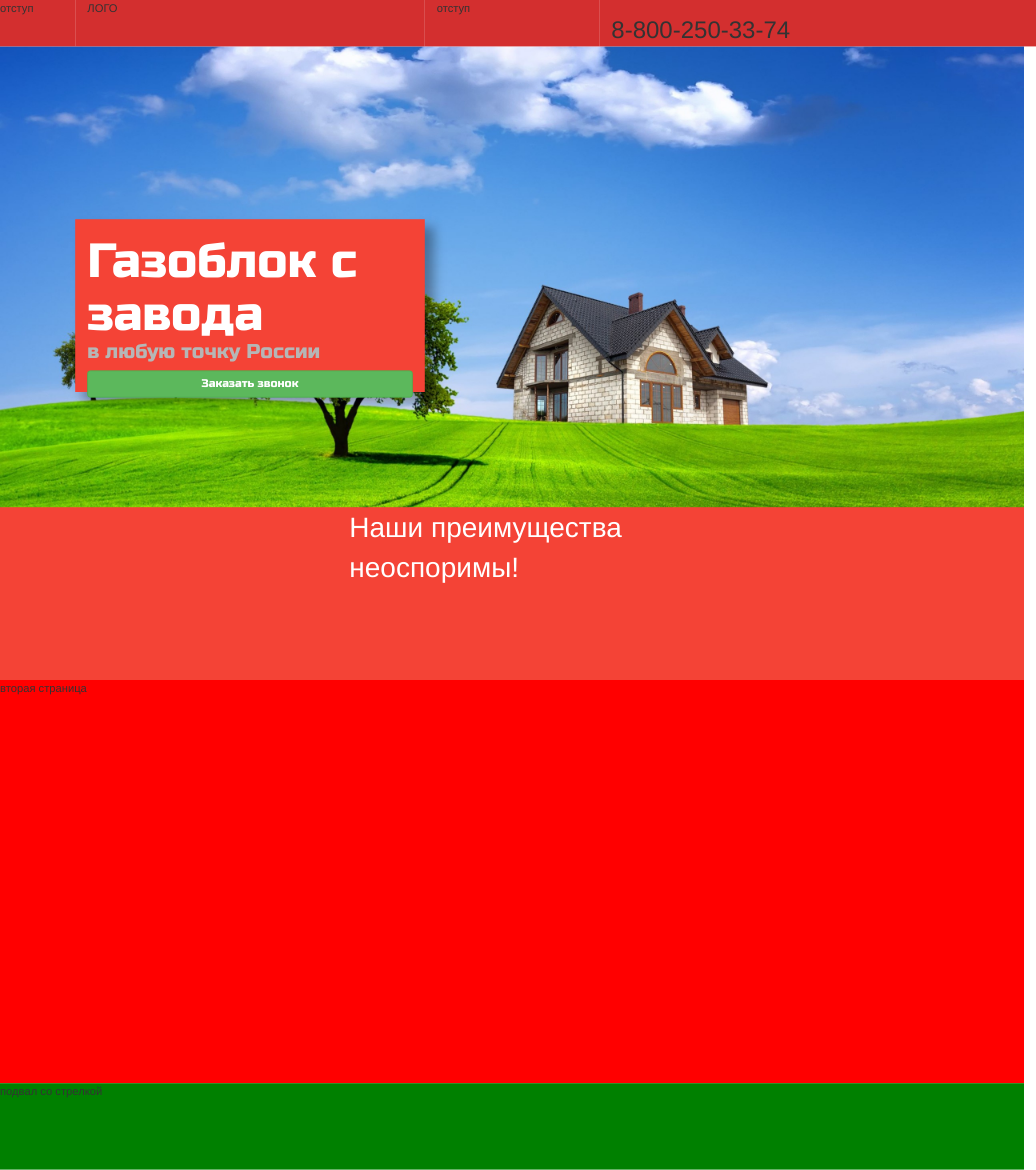
Repository: greenwtch/block
Page: index.html
The author's editor kept a record of every edit. The page is drawn from the files as they stood at one moment, then again after the next edit.
The browser window is 1280 px wide. The page is 1295 px wide, so the pictures cover 1295 px, including what lies to the right of the window. The pictures show the whole page, at 80% of full size.
Some web libraries are served in a nearby version.

Above is the page before.

### index.html
<!DOCTYPE html>
<html lang="en">
  <head>
    <meta charset="utf-8">
    <link href='https://fonts.googleapis.com/css?family=Russo+One&subset=latin,cyrillic' rel='stylesheet' type='text/css'>
    <meta http-equiv="X-UA-Compatible" content="IE=edge">
    <meta name="viewport" content="width=device-width, initial-scale=1">
    <title>Bootstrap 101 Template</title>

    <!-- Bootstrap -->
    <link href="css/bootstrap.css" rel="stylesheet">
    <link href="css/style.css" rel="stylesheet">

    <!-- HTML5 Shim and Respond.js IE8 support of HTML5 elements and media queries -->
    <!-- WARNING: Respond.js doesn't work if you view the page via file:// -->
    <!--[if lt IE 9]>
      <script src="https://oss.maxcdn.com/libs/html5shiv/3.7.0/html5shiv.js"></script>
      <script src="https://oss.maxcdn.com/libs/respond.js/1.4.2/respond.min.js"></script>
    <![endif]-->
  </head>
  <body>



    <div class="container-fluiid">
        <div class="row " >
            <div class="col-lg-1 header">
                   отступ
            </div>
             <div class="col-lg-4 header">
                   ЛОГО
            </div>
            <div class="col-lg-2 header">
                   отступ
            </div>
            <div class="col-lg-5  header">
                <h2>8-800-250-33-74</h2>
            </div>
        </div>

    </div>

    <div class="container-fluiid body1">
        <div class="row">
            <div class="col-lg-4 col-lg-offset-1 container1" >
                <h1 class="mainH1">Газоблок с завода <br>
                    <p id="underH1">в любую точку России</p>
                </h1>
                <button class="btn btn-success btn-large btn-block zvonok">Заказать звонок</button>
             </div>

        </div>
    </div>

    <div class="container-fluiid body1footer">
        <div class="row">
                <div class="col-lg-4 col-lg-offset-4">
                   <p id="footerText">Наши преимущества неоспоримы!</p>
                </div>
        </div>
    </div>

    <div class="container-fluiid body2">
        <div class="row">
                <div class="col-lg-12">
                    вторая страница
                </div>
        </div>
    </div>
    <div class="container-fluiid body2footer">
        <div class="row">
                <div class="col-lg-12">
                    подвал со стрелкой
                </div>
        </div>
    </div>



    <!-- jQuery (necessary for Bootstrap's JavaScript plugins) -->
    <script src="https://ajax.googleapis.com/ajax/libs/jquery/1.11.0/jquery.min.js"></script>
    <!-- Include all compiled plugins (below), or include individual files as needed -->
    <script src="js/bootstrap.js"></script>
  </body>
</html>

### css/style.css

.header {

    height: 8vh;
    background-color: #D32F2F;

}
.body1{
    height: 90vh;
    background-image: url("house.jpg");
    background-size: cover;
    background-position: center center;

}
.body1footer{
    background-color: #F44336;
    height: 30vh;
    margin-top:-10vh;
}
#footerText{
    color: #fff;
    font-size: 35px;
}
.container1{
    font-family: 'Russo One', sans-serif;
    margin-top: 30vh;
    height: 30vh;
    background-color: #F44336;

    -webkit-box-shadow: 11px 11px 13px 1px rgba(0,0,0,0.34);
    -moz-box-shadow: 11px 11px 13px 1px rgba(0,0,0,0.34);
    box-shadow: 11px 11px 13px 1px rgba(0,0,0,0.34);
}
.body2{
    background-color: red;
    height: 70vh;
}
.body2footer{
    background-color: green;
    height: 15vh;
}


.mainH1{
    color: #fff;
    font-size: 60px;

}
#underH1{
   font-size: 25px;
   color: #B6B6B6;
}

Loaded but not shown: css/bootstrap.css (library); js/bootstrap.js (library)

After the next edit:
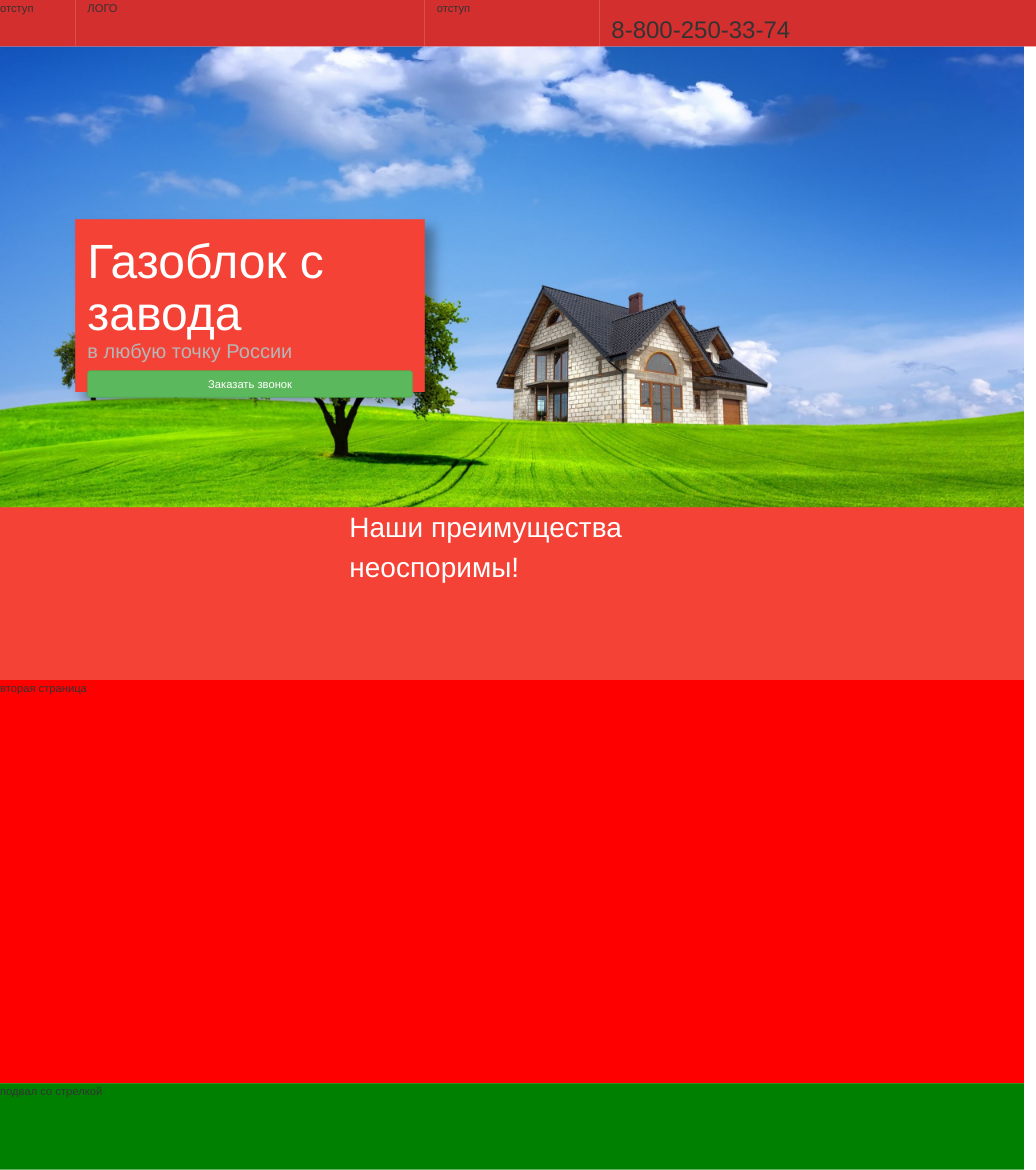
The edit:
--- a/css/style.css
+++ b/css/style.css
@@ -22,7 +22,7 @@
     font-size: 35px;
 }
 .container1{
-    font-family: 'Russo One', sans-serif;
+
     margin-top: 30vh;
     height: 30vh;
     background-color: #F44336;
